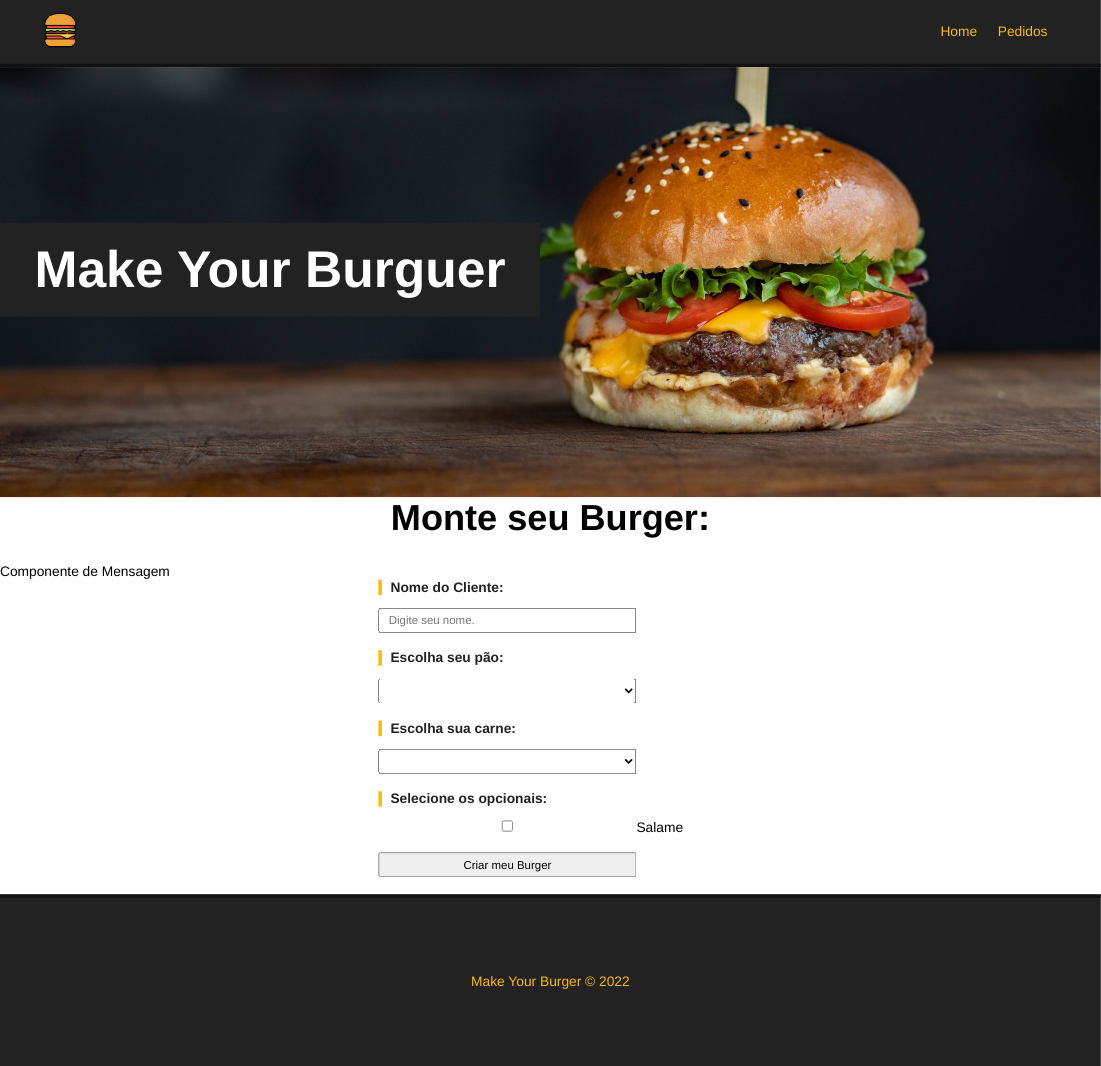
Repository: brunofa23/makeyourburguer
Page: /
These files come from the project's save history. The page is drawn as it stood at one moment and after the next save; the edit follows.
The browser window is 1280 px wide. The pictures show the whole page, at 86% of full size.
The project was rebuilt for these pictures with package versions that can differ from the ones it lists, and the page was loaded fresh each time. Also part of the build but not shown: vue.config.js.

Above is the page before, as saved 2022-08-09 21:02:29.

### src/App.vue
<template>
  <Navbar :logo="logo_src" :alt="app_name"/>
  <router-view/>
  <Footer />
</template>

<script>
import Navbar from './components/Navbar.vue';
import Footer from './components/Footer.vue';

export default{
  components:{ Navbar, Footer },
  data(){
    return{
      logo_src:"/img/logo.png",
      app_name:"Make Your Burguer"
    }

  }
}

</script>

<style>
*{
  font-family: Helvetica, sans-serif;
  padding: 0;
  margin: 0;
  box-sizing: border-box;
}


.main-container{
  margin:50px;
  min-height: 250px;
}

h1{
  text-align: center;
  font-size: 42px;
  margin-bottom: 30px;
}
</style>

### src/router/index.js
import { createRouter, createWebHistory } from 'vue-router'
import HomeView from '../views/HomeView.vue'

const routes = [
  {
    path: '/',
    name: 'home',
    component: HomeView
  },
  {
    path: '/pedidos',
    name: 'Pedidos',
    // route level code-splitting
    // this generates a separate chunk (about.[hash].js) for this route
    // which is lazy-loaded when the route is visited.
    component: () => import(/* webpackChunkName: "about" */ '../views/PedidosView.vue')
  }
]

const router = createRouter({
  history: createWebHistory(process.env.BASE_URL),
  routes
})

export default router

### src/components/Navbar.vue
<template>
  <div id="nav">
    <router-link to="/" id="logo-url">
        <img :src="logo" :alt="alt" id="logo" >
    </router-link>
    <router-link to="/">Home</router-link>
    <router-link to="/pedidos">Pedidos</router-link>
  </div>
</template>

<script>
export default {
    name:"Navbar",
    props:["logo", "alt"]
}
</script>




<style scoped>
#nav{
  background-color:#222 ;
  border-bottom: 4px solid #111;
  padding: 15px 50px;
  display: flex;
  justify-content: flex-end;
  align-items: center;


}

#nav #logo-url{
  margin: auto;
  margin-left: 0;


}

#logo{
  width: 40px;
  height: 40px;
}

#nav a{
  color: #FCBA03;
  text-decoration: none;
  margin: 12px;
  transition: .5s;

}
#nav a:hover{
  color:#FFF;
}

</style>

### src/components/Footer.vue
<template>
    <footer id="footer">
        <p>Make Your Burger &copy; 2022</p>

    </footer>
</template>


<script>
export default{
    name: "Footer"
}

</script>

<style scoped>
#footer{
    height: 200px;
    background-color: #222;
    border-top: 4px solid #111;
    color: #fcba03;
    display: flex;
    align-items: center;
    justify-content: center;
    width: 100%;
}
</style>

### src/views/HomeView.vue
<template>
  <div class="main-container">
    <Banner />
   <h1>Monte seu Burger:</h1>
   <BurgerForm />
  </div>
</template>

<script>
import Banner from "@/components/Banner.vue";
import BurgerForm from "@/components/BurgerForm.vue";

export default{
  name: "Home",
  components:{
    Banner,
    BurgerForm
}
}

</script>

<style>
.main-container{
  margin: 0;
}
</style>

### src/components/Banner.vue
<template>
  <div id="main-banner">
    <h1>Make Your Burguer</h1>
  </div>
</template>

<script>
export default {
  name: 'Banner',
}
</script>

<style scoped>
#main-banner{
    background-image: url('/public/img/burger.jpg');
    background-position: 0 -250px;
    background-size: cover;
    height: 500px;
    display: flex;
    align-items: center;
    justify-content: flex-start;

}

#main-banner h1{
    color: #FFF;
    text-align: center;
    font-size: 60px;
    background-color: #222;
    padding: 20px 40px;

}


</style>
>

### src/components/BurgerForm.vue
<template>
  <div>
    <p>Componente de Mensagem</p>
    <div>
      <form id="burger-form">
        <div class="input-container">
          <label for="nome">Nome do Cliente:</label>
          <input
            type="text"
            id="nome"
            name="nome"
            v-model="nome"
            placeholder="Digite seu nome."
          />
        </div>
        <div class="input-container">
          <label for="pao">Escolha seu pão:</label>
          <select name="pao" id="pao" v-model="pao">
            <option value="">Selecione o seu pão</option>
            <option value="integral">Integral</option>
          </select>
        </div>
        <div class="input-container">
          <label for="carne">Escolha sua carne:</label>
          <select name="carne" id="carne" v-model="carne">
            <option value="">Selecione o tipo de carne</option>
            <option value="maminha">Maminha</option>
          </select>
        </div>
        <div id="opicionais-container" class="input-container">
          <label id="opcionais-title" for="opcionais">Selecione os opcionais:</label>
          <div class="ckeckbox-container">
            <input type="checkbox" name="opcionais" v-model="opcionais" value="salame">
            <span>Salame</span>
          </div>
        </div>
        <div class="input-container">
            <input type="submit" class="submit-btn" value="Criar meu Burger">
        </div>
      </form>
    </div>
  </div>
</template>

<script>
export default {
  name: 'BurgerForm',
}
</script>

<style scoped>
#burger-form{
    max-width:400px ;
    margin: 0 auto;
}

.input-container{
    display: flex;
    flex-direction: column;
    margin-bottom: 20px;

}

label{
    font-weight: bold;
    margin-bottom: 15px;
    color: #222;
    border-left: 4px solid #FCBA03;
    padding-left: 10px;
}

input, select{
    padding: 5px 10px;
    width: 300px;
}

#opicionais-container{
    flex-direction: row;
    flex-wrap: wrap;
}

#opcionais-title{
    width: 100%;
}

.checkbox-container{
    display: flex;
    align-items: flex-start;
    width: 50%;
    margin-bottom: 20px;
}

.checkbox-container span,
.checkbox-container input{
    width: auto;
}

.checkbox-container span{
    margin-left: 6px;
    font-weight: bold;
}
</style>

Loaded but not shown: public/index.html (common file); src/main.js (common file)

After the next save:
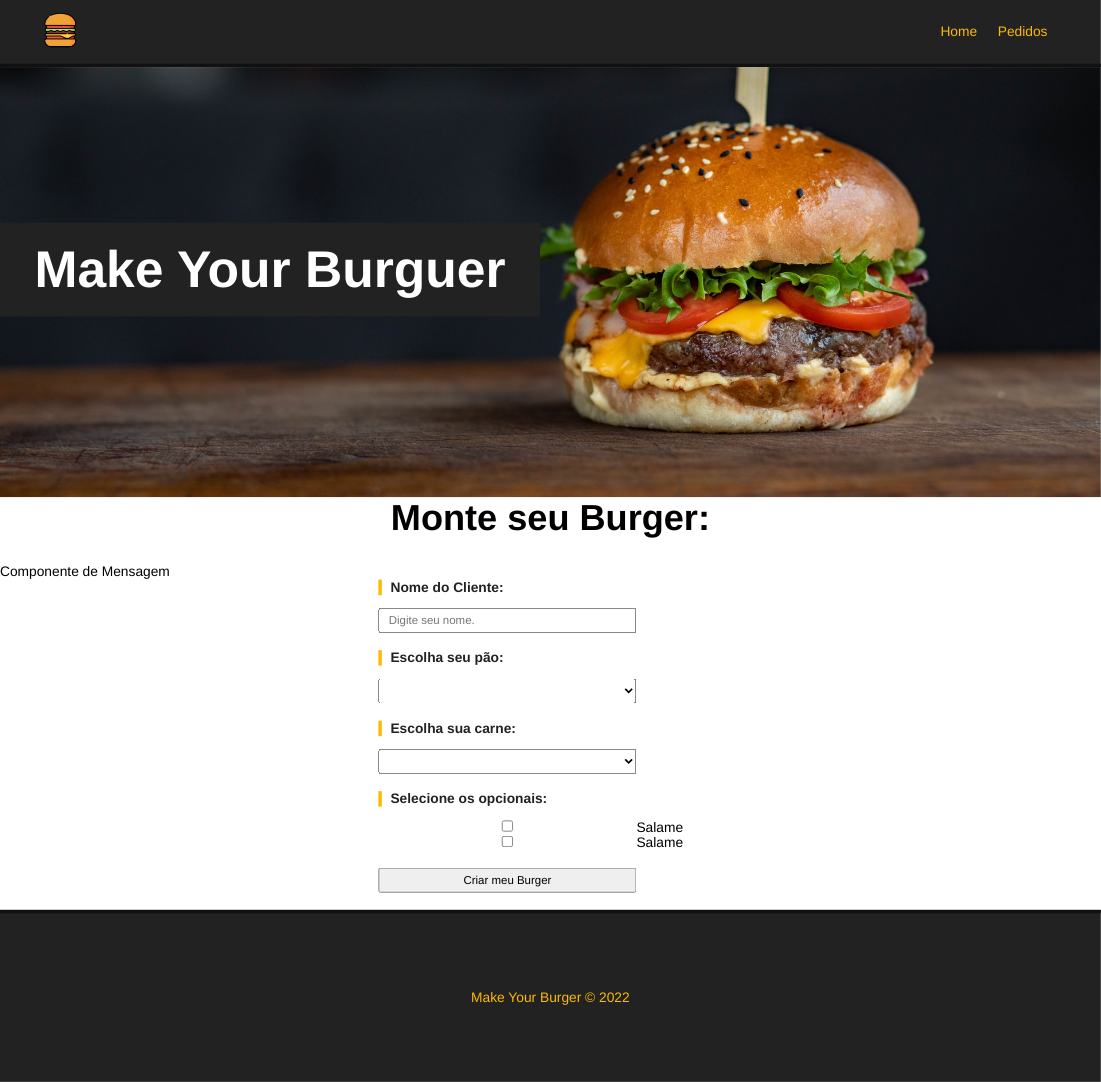
Saved 39 s later.
--- a/src/components/BurgerForm.vue
+++ b/src/components/BurgerForm.vue
@@ -31,6 +31,8 @@
           <label id="opcionais-title" for="opcionais">Selecione os opcionais:</label>
           <div class="ckeckbox-container">
             <input type="checkbox" name="opcionais" v-model="opcionais" value="salame">
+            <span>Salame</span>
+             <input type="checkbox" name="opcionais" v-model="opcionais" value="salame">
             <span>Salame</span>
           </div>
         </div>
